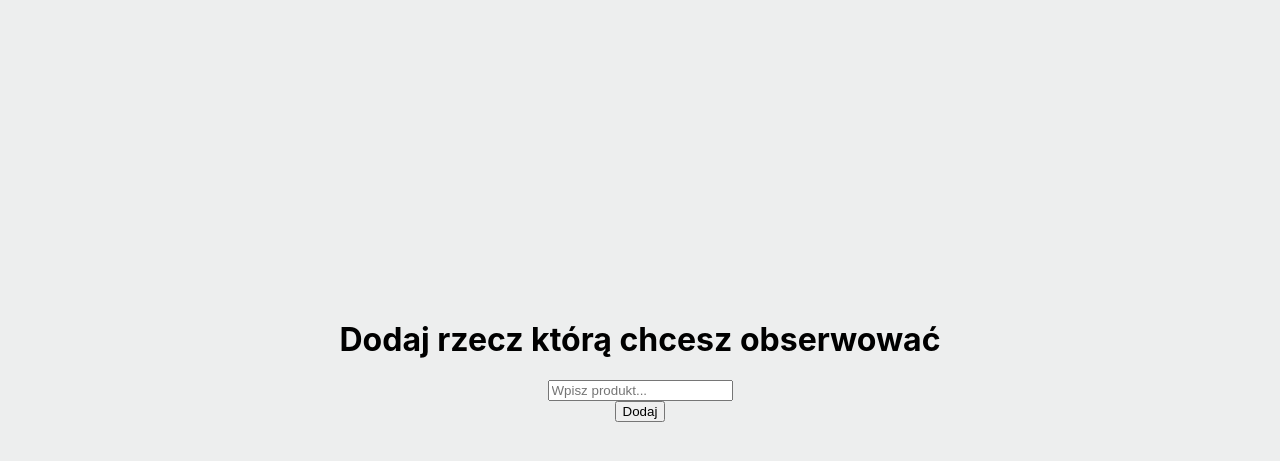
Repository: matedoo/crawler
Page: /MainApp
The author's editor kept a copy of each file at every save. The page is drawn from the files as they stood at one save, then again after the next save.
The browser window is 1280 px wide. The pictures show the whole page.
The project was rebuilt for these pictures with package versions that can differ from the ones it lists, and the page was loaded fresh each time. Also part of the build but not shown: src/Components/button.js, src/Components/LoginComponents/LoginApp.js, src/Components/LoginComponents/RegisterApp.js, src/Components/btnContainer.js, src/Components/heading.js, src/Components/LoginComponents/StartApp.js, src/Components/MainApp/MainAppElement.js.

Above is the page before, as saved 2020-04-19 19:20:28.

After the next save:
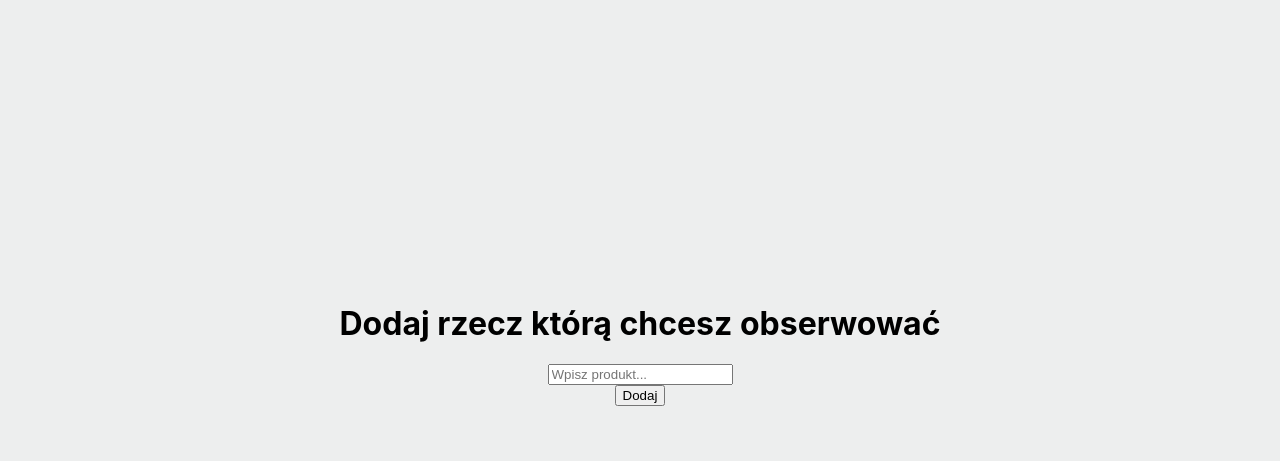
Saved 2 min 9 s later.
--- a/src/Components/MainApp/MainApp.js
+++ b/src/Components/MainApp/MainApp.js
@@ -35,7 +35,7 @@
     })
   }
 
-  const { elementsList, inputValue} = elementsListState;
+  const { error, elementsList, inputValue} = elementsListState;
     return (
       <LoginAppStyled>
         <h1>Dodaj rzecz którą chcesz obserwować</h1>
@@ -52,6 +52,7 @@
           onChange={handleInputChange}
         />
         <button onClick={handleButtonClick}>Dodaj</button>
+        <p>{error}</p>
       </LoginAppStyled>
     );
 

After the 2 saves that followed:
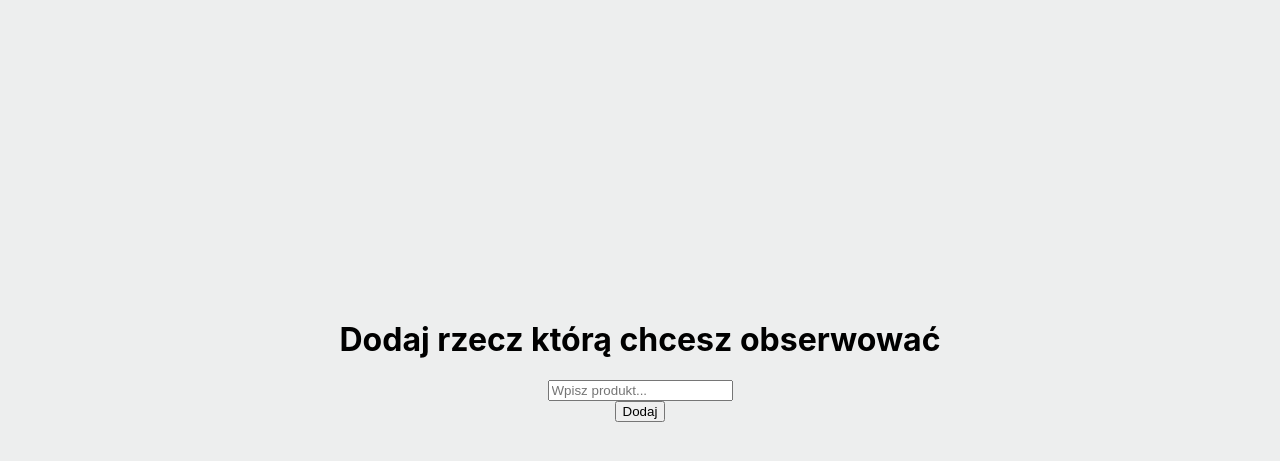
The 2 saves are shown as one change because 1 left the picture as it was.
The last was saved 5 min 12 s later.
--- a/src/Components/MainApp/MainApp.js
+++ b/src/Components/MainApp/MainApp.js
@@ -30,6 +30,7 @@
       return;
     }
     setElementsListState({
+      error: '',
       elementsList: [...elementsList, inputValue],
       inputValue: ''
     })
@@ -52,7 +53,7 @@
           onChange={handleInputChange}
         />
         <button onClick={handleButtonClick}>Dodaj</button>
-        <p>{error}</p>
+        {error && <p>{error}</p>}
       </LoginAppStyled>
     );
 
